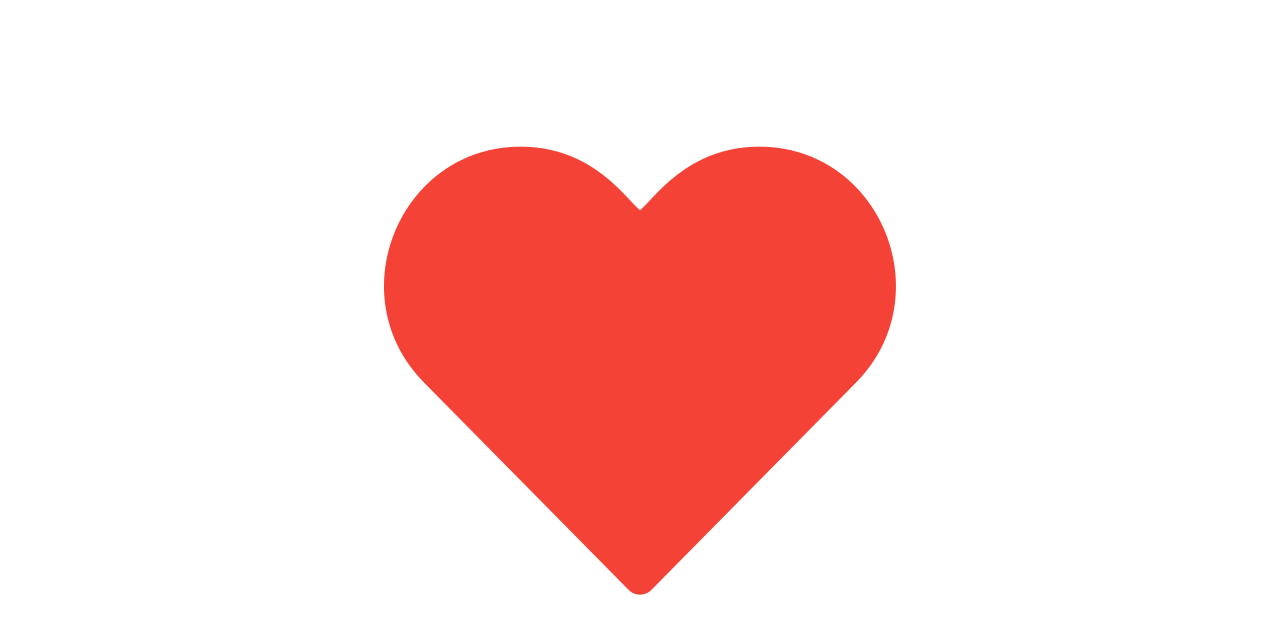
Repository: safak/animation
Page: index.html
An editor plug-in stored every save of this project. The page is shown before and after the next save, followed by the edit.
The browser window is 1280 px wide. The pictures show the whole page.

Above is the page before, as saved 2020-12-17 01:09:45.

### index.html
<html lang="en">
  <head>
    <meta charset="UTF-8" />
    <meta name="viewport" content="width=device-width, initial-scale=1.0" />
    <link rel="stylesheet" href="style.css" />
    <link
      href="https://fonts.googleapis.com/css2?family=Roboto:wght@400;500;700;900&display=swap"
      rel="stylesheet"
    />
    <title>Document</title>
  </head>
  <body>
    <img src="heart.png" alt="">
  </body>
</html>

### style.css
* {
  margin: 0;
}

body {
  display: flex;
  align-items: center;
  justify-content: center;
  font-family: "Roboto", sans-serif;
}

After the next save:
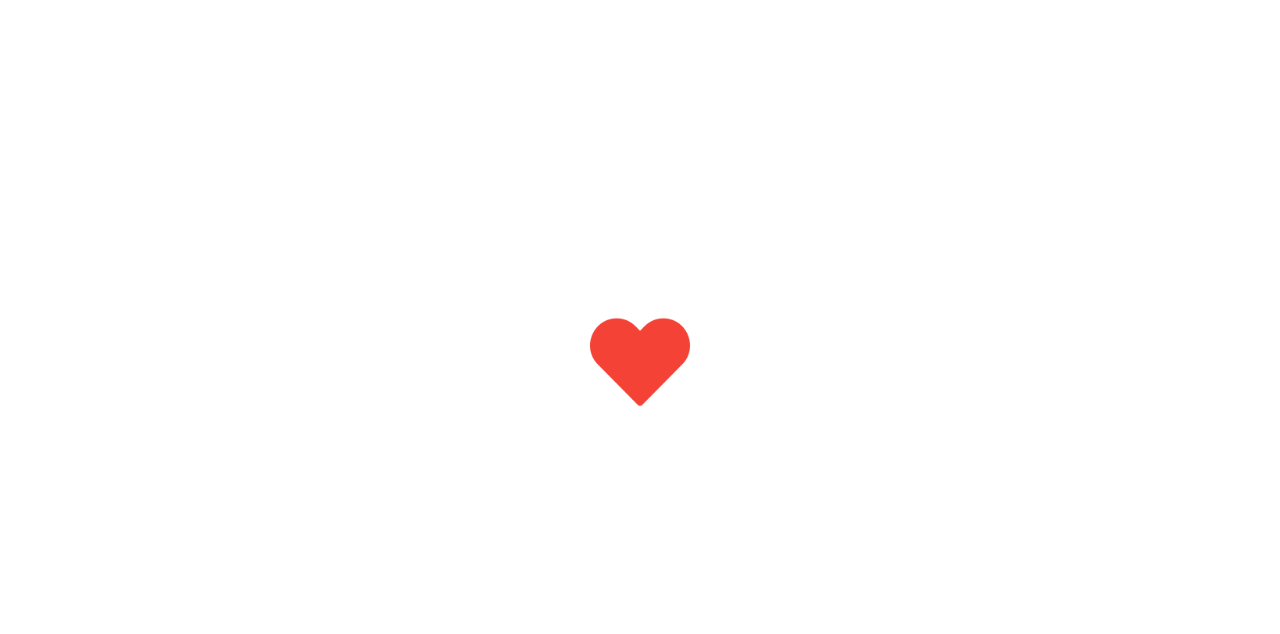
Saved 27 s later.
--- a/style.css
+++ b/style.css
@@ -8,3 +8,8 @@
   justify-content: center;
   font-family: "Roboto", sans-serif;
 }
+
+img{
+  width: 100px;
+  height: 100px;
+}
